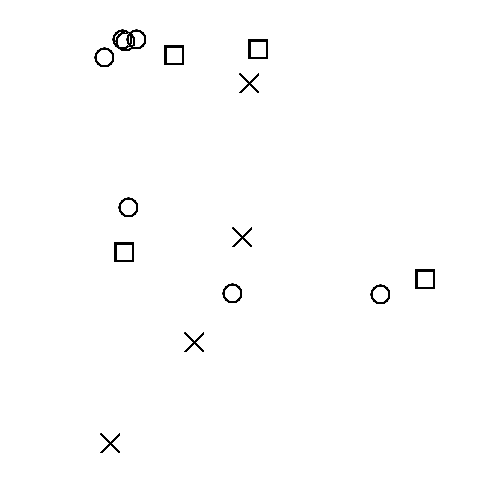
Repository: benceluzsinszky/rock-paper-scissors-simulation-pygame
Script's output: python main.py
These files come from the project's save history. The script's output is drawn as it stood at one moment and after the next save; the edit follows.
The window is shown after at most 60 frames with no key pressed. Random numbers start from a fixed seed. It also reads sprites/paper.png, sprites/rock.png, sprites/scissors.png.

Above is the script's output before, as saved 2023-04-24 21:03:06.

After the next save:
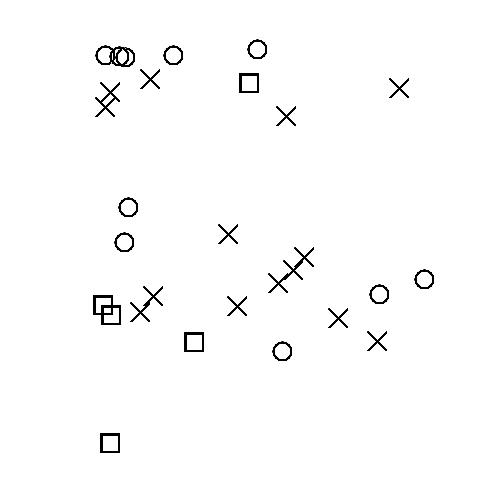
Saved 30 s later.
--- a/main.py
+++ b/main.py
@@ -88,7 +88,7 @@ class Game():
             sprite.action(food, enemy)
 
     def create_sprites(self, type, group):
-        for _ in range(5):
+        for _ in range(10):
             random_x = random.randint(10, 490)
             random_y = random.randint(10, 490)
             sprite = Sprite(self, type, (random_x, random_y))
